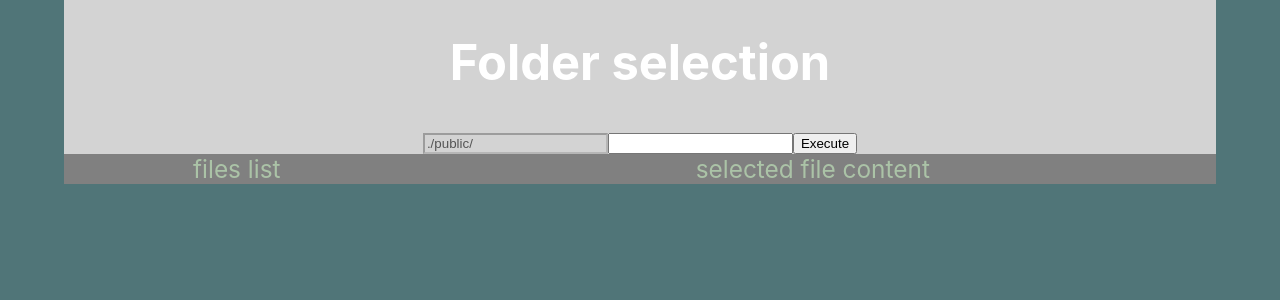
Repository: idubi/DevopsCourse
Page: / (app in lesson03/assignment/client/)
An editor plug-in stored every save of this project. The page is shown before and after the next save, followed by the edit.
The browser window is 1280 px wide. The pictures show the whole page.
The project was rebuilt for these pictures with package versions that can differ from the ones it lists, and the page was loaded fresh each time.

Above is the page before, as saved 2023-06-15 03:36:42.

### lesson03/assignment/client/src/App.js
import "./App.css";
import "./components/FilesBrowser";
import FileBrowser from "./components/FilesBrowser";
import styled from "styled-components";

function App() {
  return (
    <Container className="App">
      <header className="App-header">
        <FileBrowser></FileBrowser>
      </header>
    </Container>
  );
}

const Container = styled.div`
  display: flex;
  flex-direction: column;
  height: 100%;
  width: 100%;
`;

export default App;

### lesson03/assignment/client/src/App.css
.App {
  text-align: center;
}

.App-logo {
  height: 40vmin;
  pointer-events: none;
}

@media (prefers-reduced-motion: no-preference) {
  .App-logo {
    animation: App-logo-spin infinite 20s linear;
  }
}

.App-header {
  background-color: #507578;
  min-height: 100vh;
  display: flex;
  flex-direction: column;
  align-items: center;

  font-size: calc(10px + 2vmin);
  color: white;
}

.App-link {
  color: #61dafb;
}

### lesson03/assignment/client/src/components/FilesBrowser.js
import React, { useState } from "react";
import styled from "styled-components";
function FileBrowser() {
  const [path, setPath] = useState("");
  // const [response, setResponse] = useState("");

  const handlePathChange = (event) => {
    setPath(event.target.value);
  };

  const handleExecute = () => {
    //   fetch(path)
    //     .then((response) => response.json())
    //     .then((data) => setResponse(JSON.stringify(data)))
    //     .catch((error) => console.error("Error:", error));
  };

  return (
    <Container>
      <Upper>
        <h1>Folder selection</h1>
        <Label type="text" value="./public/" disabled />
        <input type="text" value={path} onChange={handlePathChange} />
        <button onClick={handleExecute}>Execute</button>
      </Upper>
      <Lower>
        <LeftLowerDiv>files list</LeftLowerDiv>
        <RightLowerDiv>selected file content</RightLowerDiv>
      </Lower>
    </Container>
  );
}

const Container = styled.div`
  display: flex;
  flex-direction: column;
  height: 90%;
  width: 90%;
`;

const Upper = styled.div`
  height: 30%;
  background-color: lightgrey;
`;

const Lower = styled.div`
  display: flex;
  flex-direction: row;
  height: 100%;
  color: #abc3a7;
`;

const LeftLowerDiv = styled.div`
  width: 30%;
  height: 100%;
  background-color: gray;
`;
const RightLowerDiv = styled.div`
  width: 70%;
  height: 100%;
  background-color: gray;
`;
const Label = styled.input`
  background-color: lightgrey;
  width: ;
`;
export default FileBrowser;

Loaded but not shown: lesson03/assignment/client/public/index.html (common file); lesson03/assignment/client/src/index.js (common file); lesson03/assignment/client/src/index.css (common file); lesson03/assignment/client/src/reportWebVitals.js (common file)

After the next save:
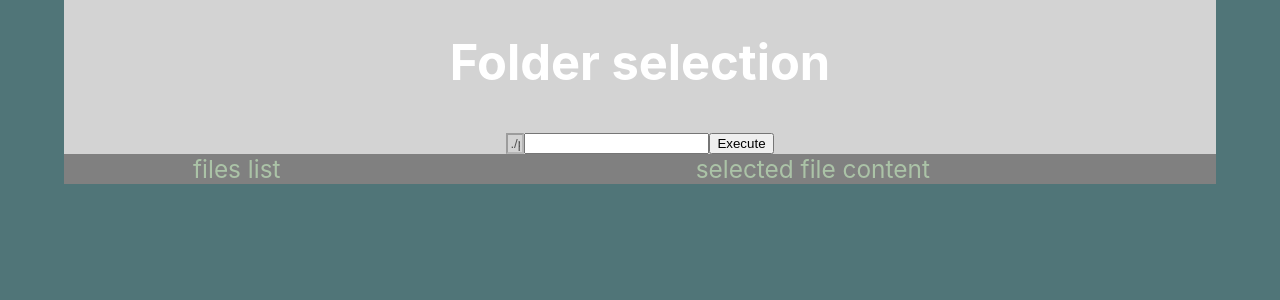
Saved 4 s later.
--- a/lesson03/assignment/client/src/components/FilesBrowser.js
+++ b/lesson03/assignment/client/src/components/FilesBrowser.js
@@ -62,6 +62,6 @@ const RightLowerDiv = styled.div`
 `;
 const Label = styled.input`
   background-color: lightgrey;
-  width: ;
+  width: 10px;
 `;
 export default FileBrowser;
